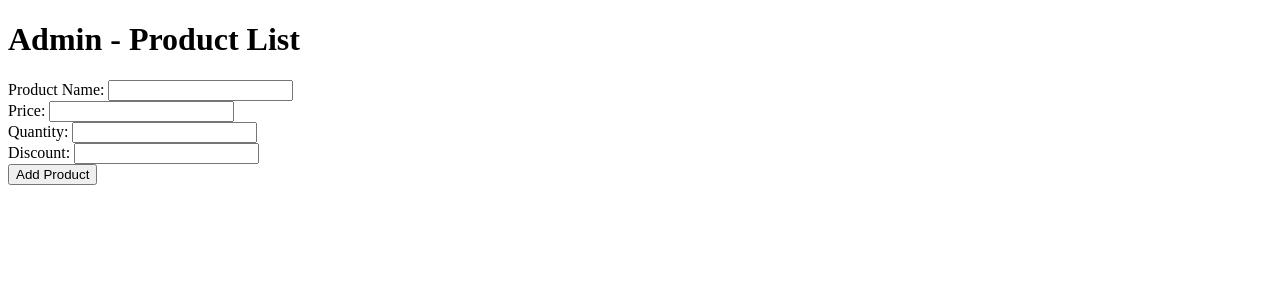
Repository: Chikusonu/LayeredArchitecture
Page: http://localhost/LayeredArchitectureDemo/
The author's editor kept a copy of each file at every save. The page is drawn from the files as they stood at one save, then again after the next save.
The browser window is 1280 px wide. The pictures show the whole page.
The page is served by Tomcat 9.

Above is the page before, as saved 2023-08-28 10:07:43.

After the next save:
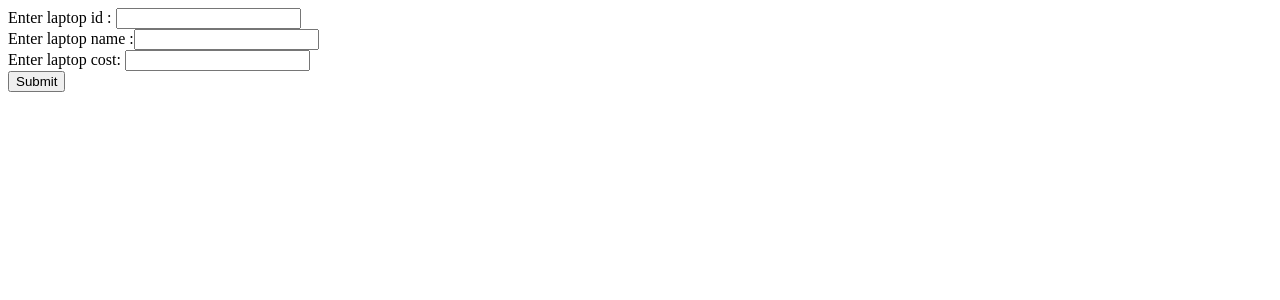
Saved 23 min 57 s later.
--- a/LayeredArchitectureDemo/LayeredArchitectureDemo/src/main/webapp/index.jsp
+++ b/LayeredArchitectureDemo/LayeredArchitectureDemo/src/main/webapp/index.jsp
@@ -1,54 +1,22 @@
-<%@ page language="java" contentType="text/html; charset=UTF-8" pageEncoding="UTF-8"%>
+<%@ page language="java" contentType="text/html; charset=ISO-8859-1"
+    pageEncoding="ISO-8859-1"%>
 <!DOCTYPE html>
 <html>
 <head>
-    <meta charset="UTF-8">
-    <title>Admin - Product List</title>
+<meta charset="ISO-8859-1">
+<title>Insert title here</title>
 </head>
 <body>
-    <h1>Admin - Product List</h1>
+	<form action="insertlap">
 
-    <!-- Form for adding a new product -->
-    <form action="<c:url value='/admin/addProduct'/>" method="post">
-        <label for="productName">Product Name:</label>
-        <input type="text" id="productName" name="productName" required>
-        <br>
-        <label for="productPrice">Price:</label>
-        <input type="number" id="productPrice" name="productPrice" required>
-        <br>
-        <label for="productQuantity">Quantity:</label>
-        <input type="number" id="productQuantity" name="productQuantity" required>
-        <br>
-        <label for="productDiscount">Discount:</label>
-        <input type="number" id="productDiscount" name="productDiscount">
-        <br>
-        <input type="submit" value="Add Product">
-    </form>
+		Enter laptop id : <input type="text" name="lid" /><br>
 
-     <%-- <br>
+		Enter laptop name :<input type="text" name="make" /><br>
 
+		Enter laptop cost: <input type="text" name="cost" /><br>
+		<input type="submit">
 
-    <table border="1">
-        <tr>
-            <th>Product ID</th>
-            <th>Product Name</th>
-            <th>Price</th>
-            <th>Quantity</th>
-            <th>Discount</th>
-        </tr>
-        <c:forEach items="${products}" var="product">
-            <tr>
-                <td>${product.id}</td>
-                <td>${product.name}</td>
-                <td>${product.price}</td>
-                <td>${product.quantity}</td>
-                <td>${product.discount}</td>
-            </tr>
-        </c:forEach>
-    </table>
+		</form>
 
-    <br>
-
-    <a href="<c:url value='/'/>">Back to Home</a> --%>
 </body>
 </html>
